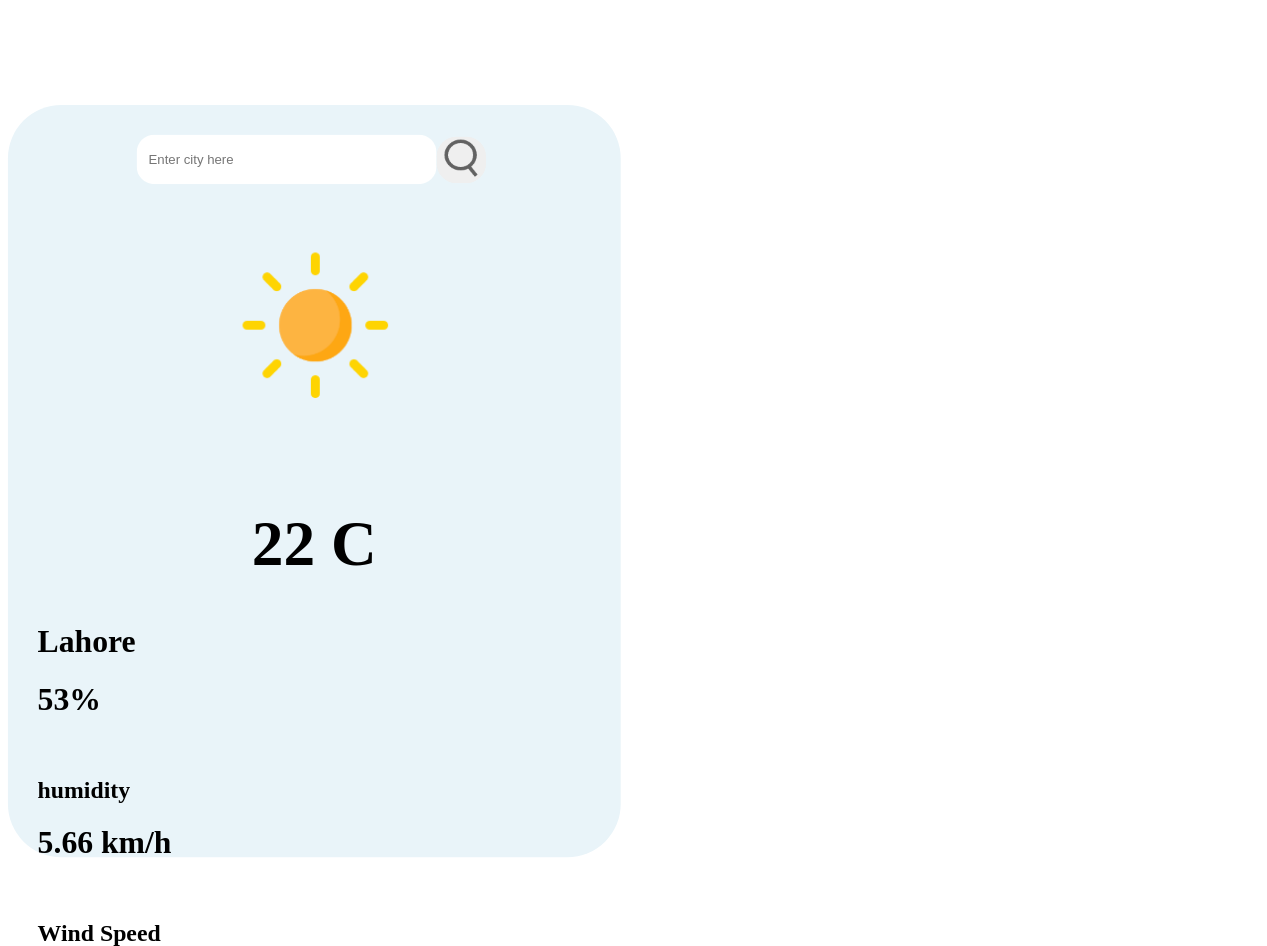
Repository: WajihaGul/Javascripts-Projects
Page: WEATHER APP/index.html
The author's editor kept a copy of each file at every save. The page is drawn from the files as they stood at one save, then again after the next save.
The browser window is 1280 px wide. The pictures show the whole page, at 99% of full size.

Above is the page before, as saved 2024-06-07 15:50:48.
Not found: WEATHER APP/script.js

After the next save:
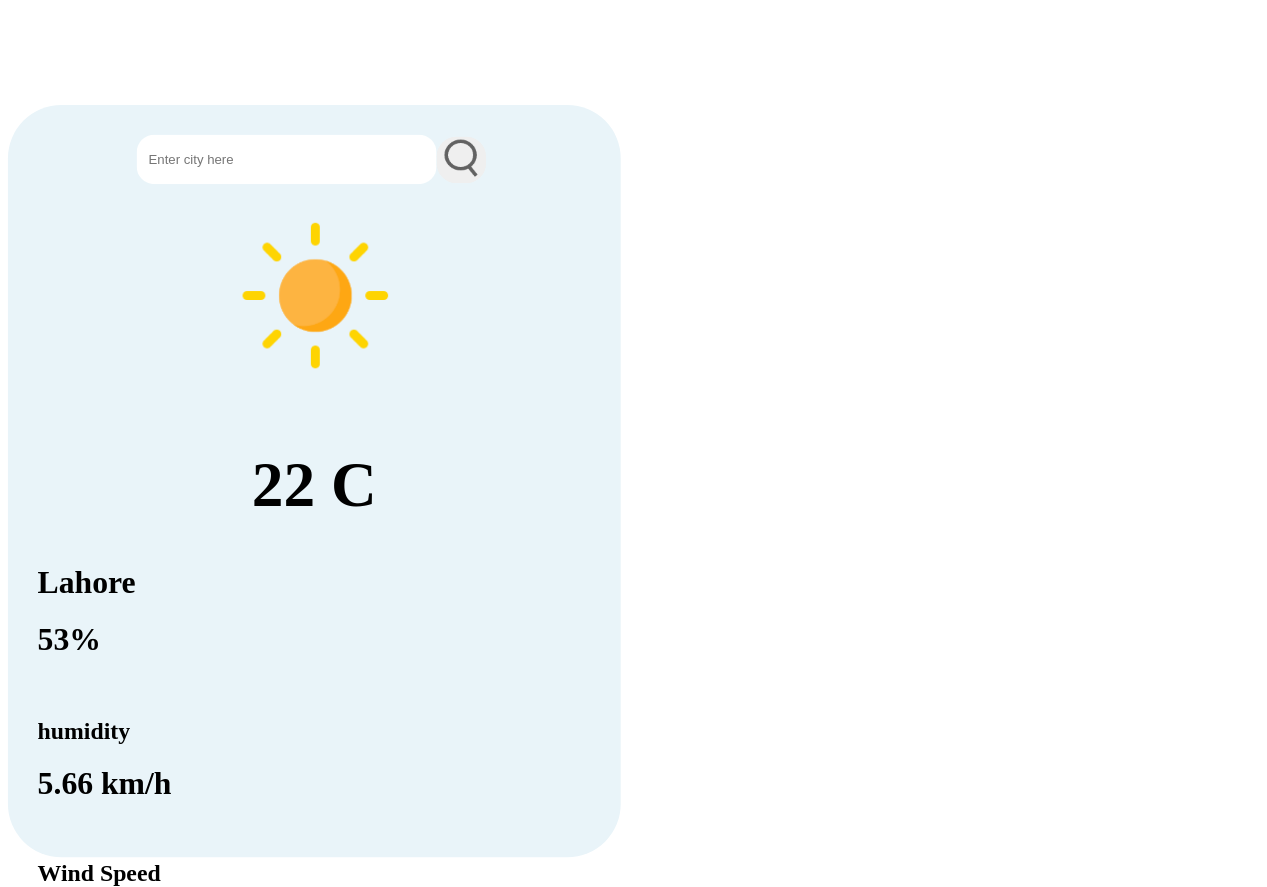
Saved 2 min 2 s later.
--- a/WEATHER APP/style.css
+++ b/WEATHER APP/style.css
@@ -41,5 +41,4 @@
 .weatherImg{
     display: flex;
     margin: 0 auto;
-    padding: 30px;
 }
